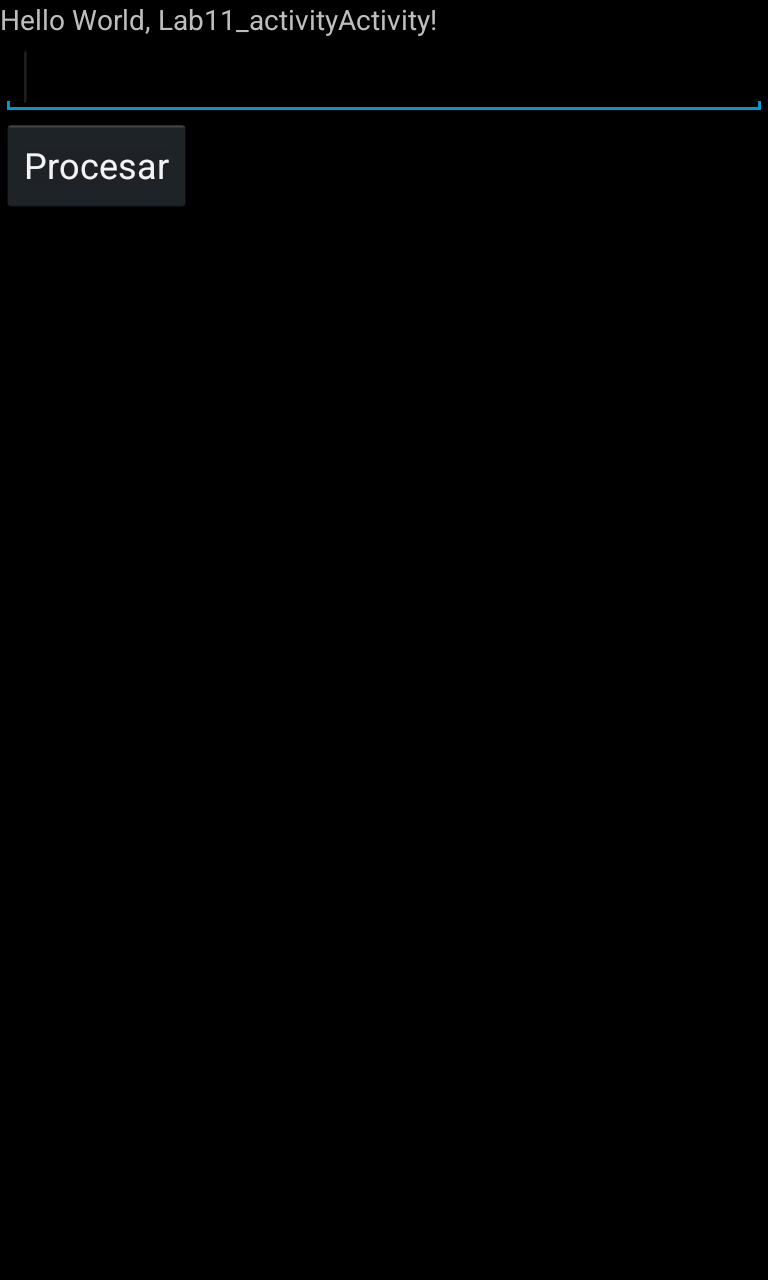
Repository: dorisserruto/un_exercises
Layout: javaandroid/Recursos/workspace-profe/lab11_activity/res/layout/main.xml
The author's editor kept a copy of each file at every save. The layout is drawn from the files as they stood at one save, then again after the next save.
It is drawn on a 768 x 1280 px phone screen (xhdpi) without system bars, with theme android:Theme.Holo; the app's code is not run.

Above is the layout before, as saved 2012-06-23 23:49:53.

After the next save:
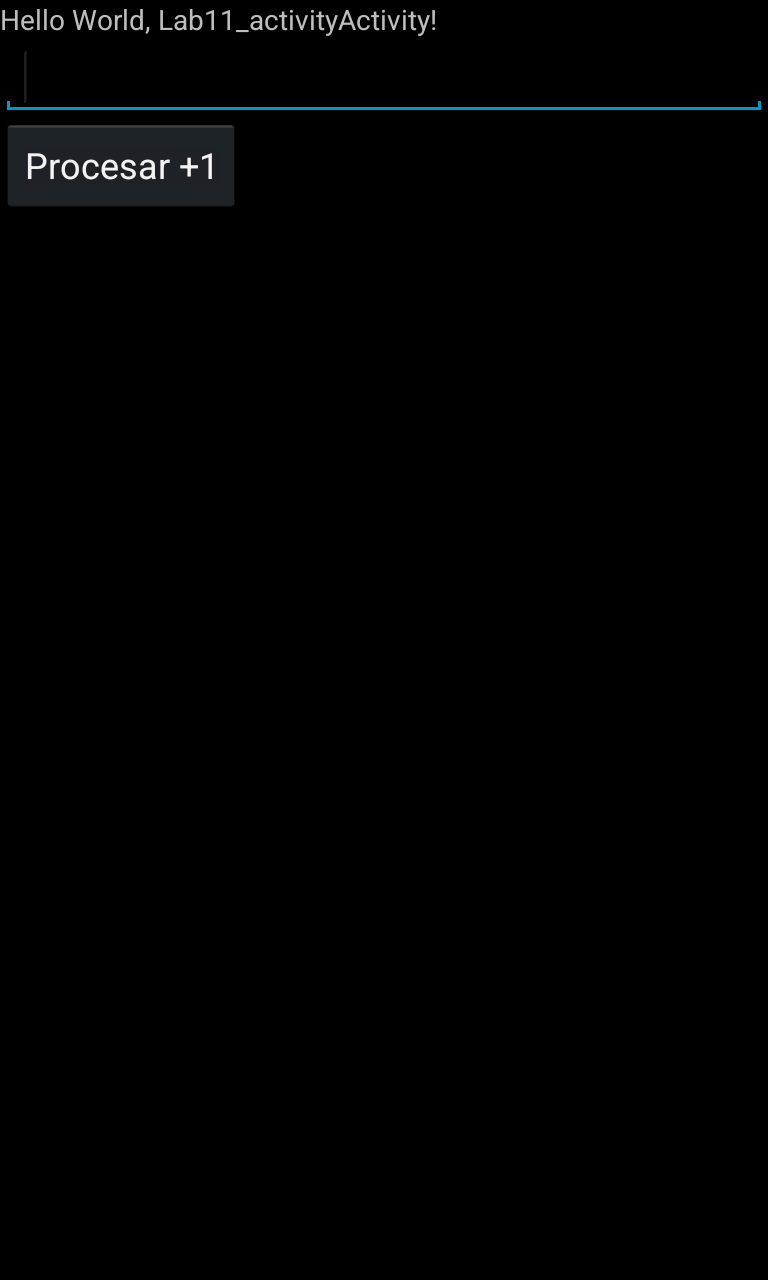
Saved 109 s later.
--- a/javaandroid/Recursos/workspace-profe/lab11_activity/res/layout/main.xml
+++ b/javaandroid/Recursos/workspace-profe/lab11_activity/res/layout/main.xml
@@ -22,6 +22,6 @@
         android:id="@+id/btnProcesar"
         android:layout_width="wrap_content"
         android:layout_height="wrap_content"
-        android:text="Procesar" />
+        android:text="Procesar +1" />
 
 </LinearLayout>
